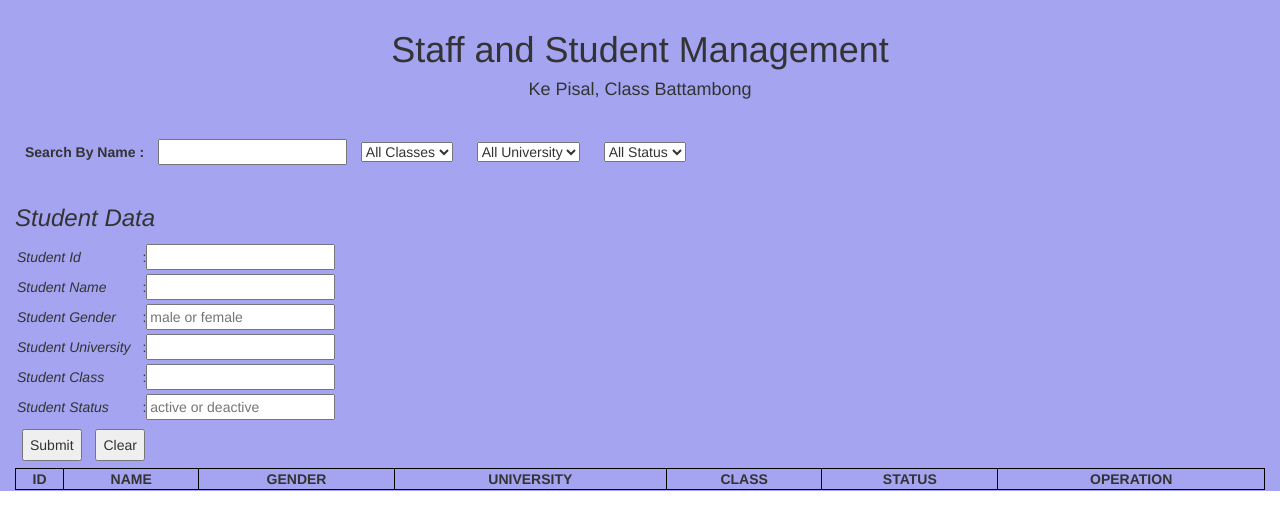
Repository: kepisal/ServletJAVA
Page: http://localhost/AjaxStaffandStudent/
These files come from the project's save history. The page is drawn as it stood at one moment and after the next save; the edit follows.
The browser window is 1280 px wide. The pictures show the whole page.
The page is served by Tomcat 9. Queries for data that is not in the repository find no rows.

Above is the page before, as saved 2015-07-11 03:11:36.

After the next save:
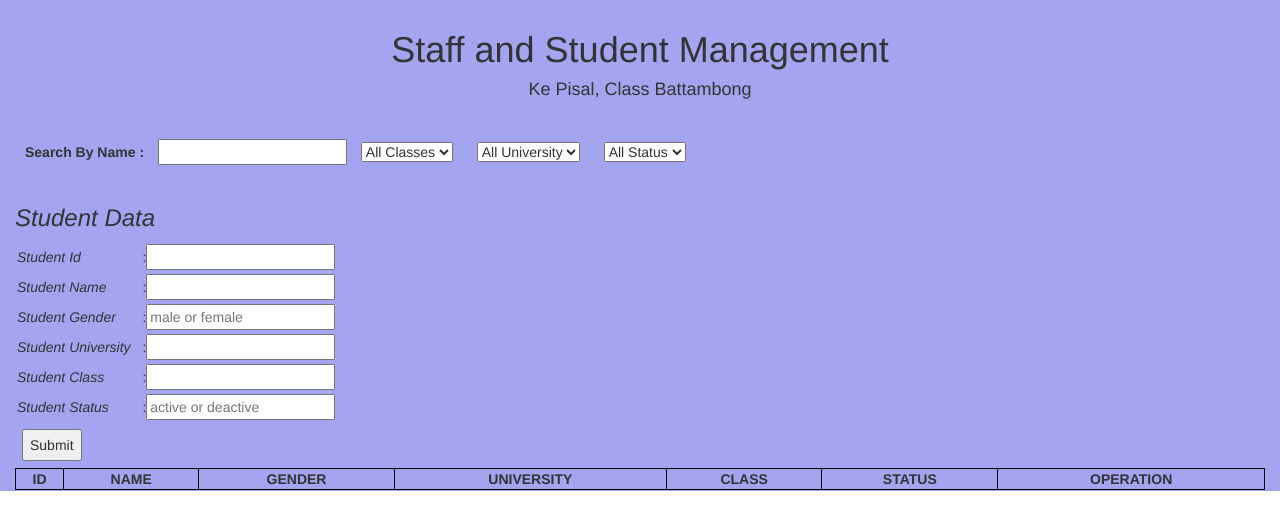
Saved 87 s later.
--- a/AjaxStaffandStudent/WebContent/index.jsp
+++ b/AjaxStaffandStudent/WebContent/index.jsp
@@ -112,8 +112,7 @@ button {
 					<td>&nbsp;&nbsp;:<input id="txtinputstatus" placeholder="active or deactive"/></td>
 				</tr>
 				<tr>
-					<td colspan="2"><button id="btnadd">Submit</button>
-						<button id="btnclear">Clear</button></td>
+					<td colspan="2"><button id="btnadd">Submit</button></td>
 				</tr>
 			</table>
 		</div>
